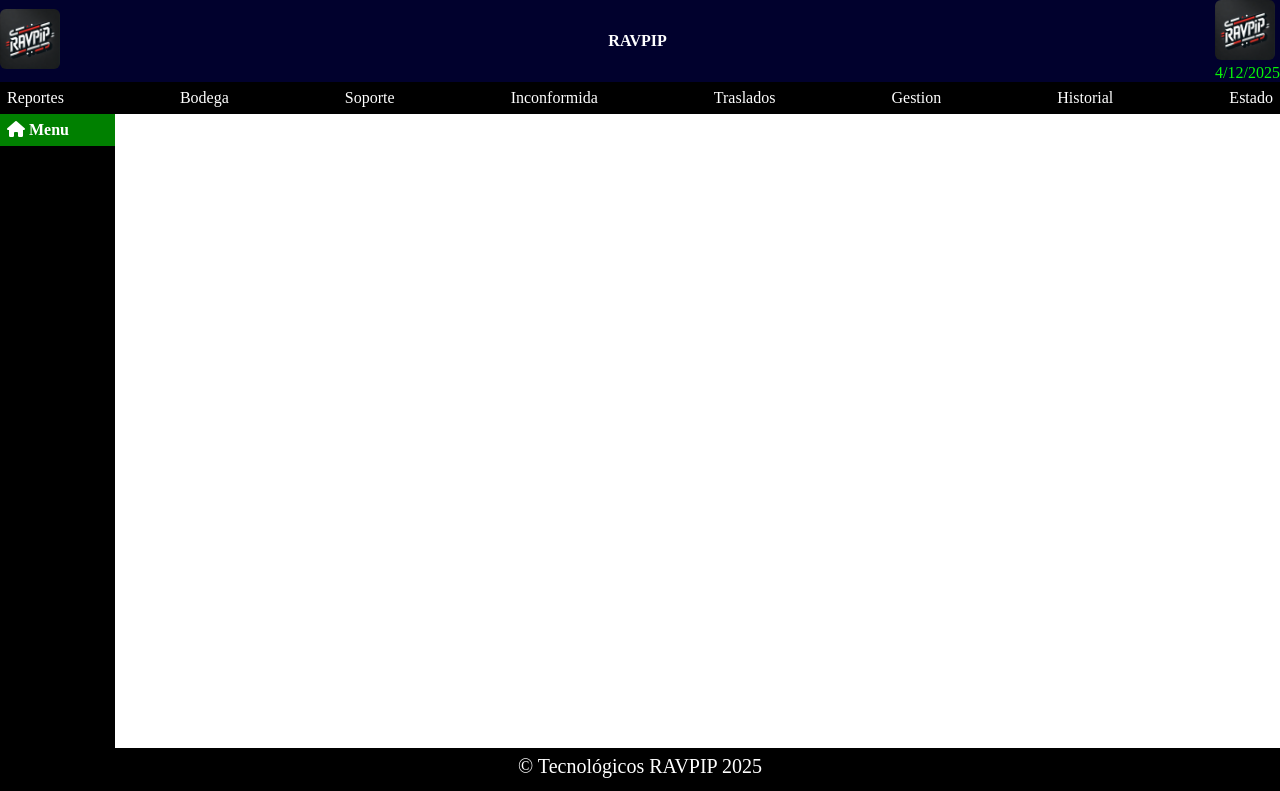
Repository: ye909/RAVPIP
Page: index.html
The author's editor kept a copy of each file at every save. The page is drawn from the files as they stood at one save, then again after the next save.
The browser window is 1280 px wide. The pictures show the whole page.
Some web libraries are served in a nearby version.

Above is the page before, as saved 2025-04-12 15:17:08.

### index.html
<!DOCTYPE html>
<html lang="es">

<head>
    <meta charset="UTF-8">
    <meta name="viewport" content="width=device-width, initial-scale=1.0">
    <title>Estado</title>
    <link rel="stylesheet" href="./src/css/heder.css">
    <script src="https://cdn.jsdelivr.net/npm/sweetalert2@11"></script>
    <script src="https://kit.fontawesome.com/5ca3312b29.js" crossorigin="anonymous"></script>
</head>

<body>
    <div class="containerTituloLogo">
        <div><img src="./src/imagenes/logo2.webp" alt="Logo" class="imglogo"></div>
        <h1>RAVPIP</h1>
        <div><img src="./src/imagenes/logo2.webp" alt="Logo" class="imglogo"> <br><span id="fecha"></span></div>

    </div>

    <nav id="contenedornav">
        <ul id="menu1">

            <li><a href="#" aria-label="Abrir Reportes">Reportes</a></li>
            <li><a href="" aria-label="">Bodega</a></li>
            <li><a href="" aria-label="Soporte">Soporte</a></li>
            <li><a href="" aria-label="Inconformida">Inconformida</a></li>
            <li><a href="#" aria-label="Traslados">Traslados</a></li>
            <li><a href="" aria-label="Gestion">Gestion</a></li>
            <li><a href="#"  aria-label="Abrir Historial" id="historial">Historial</a></li>

            <li><a href="" id="itemEstado" aria-label="Abrir Estado">Estado</a></li>
        </ul>
    </nav>


     <di class="contenedorPrincipal">
        <aside id="barraLateralMenu">
            <h2 class="cajaverde" id="cajaverde"><i class="fa-solid fa-house"></i> Menu</h2>
            <div class="sudmenu" id="sudmenu">
                <div><a href="" id="inventario"> <i class="fa-solid fa-calendar"></i> Inventario</a></div>
                <div><a href="./src/templei/ventasPortatil.html"> <i class="fa-solid fa-tag"></i> Ventas</a></div>
                <div><a href="#" id="alquilerlink"><i class="fa-solid fa-handshake" ></i> Alquiler</a></div>
                <div><a href="#"><i class="fa-solid fa-pen-to-square"></i> Bajas</a></div>
                <div><a href="./src/templei/reparicion.html"><i class="fa-solid fa-desktop"></i> Reparación</a></div>
            </div>
        </aside>
        <section class="centrado" id="centrado">

            <div class="containerProgreso" id="containerProgreso">
                <div>Ventas <br>
                    <p>0</p>
                </div>
                <div>Historia <br>
                    <p>0</p>
                </div>
                <div>Alquiler <br>
                    <p>0</p>
                </div>
                <div>Estado <br>
                    <p>0</p>
                </div>
            </div>


            <div class="container">
                <h1>Alquiler de Equipos</h1>
                <form id="rental-form">
                    <div class="form-group">
                        <div>
                            <label for="producto-id">ID del Producto:</label>
                            <input type="number" id="producto-id">
                            <label for="tipo">Tipo:</label>
                            <select id="tipo">
                                <option value="">Seleccione el producto</option>
                                <option value="CPU">CPU</option>
                                <option value="Monitor">Monitor</option>
                                <option value="Computadora">Computadora</option>
                                <option value="Memoria RAM">Memoria RAM</option>
                                <option value="Almacenamiento">Almacenamiento</option>
                                <option value="Tarjeta Gráfica">Tarjeta Gráfica</option>
                                <option value="Refrigeración">Refrigeración</option>
                                <option value="Fuente de Poder">Fuente de Poder</option>
                                <option value="Placa Madre">Placa Madre</option>
                                <option value="Periférico">Periférico</option>
                                <option value="Gabinete">Gabinete</option>
                            </select>
                            <label for="quantity">Cantidad:</label>
                            <input type="number" id="Cantidad"  />
                        </div>

                        <div>
                            <label for="marca">Marca:</label>
                            <input type="text" id="marca">

                            <label for="modelo">Modelo:</label>
                            <input type="text" id="modelo">
                            <label for="fecha">fecha:</label>
                            <input type="date" id="fecha">
                        </div>
                        <div>
                            <label for="Precio">Precio:</label>
                            <input type="number" id="Precio">
                            <label for="days">Días de alquiler:</label>
                            <input type="number" id="diaPrestamo"  /><br><br>
                            <h3>Total del alquiler: <span id="total">$0</span></h3>
                        </div>
                        <div class="form-group">

                            <div>
                                <label for="detalles">Detalles Adicionales:</label>
                                <textarea name="" id="detalles" cols="70" rows="10" ></textarea>
                            </div>
                        </div>


                    </div>
                    <p id="mensajeFormulario"></p>
                    <button type="submit" >Enviar</button>
                </form>


            </div>




        </section>
    </di>
    <footer>
        <p>&copy;  Tecnológicos RAVPIP 2025</p>
      </footer>

    <script src="./src/js/heder.js"></script>

</body>

</html>

### src/css/heder.css
*{
  margin: 0;
  padding: 0;
  background-attachment: fixed;
  background-size: cover;
  transition:0.6 ;
  box-sizing: border-box;
}


.imglogo {
  object-fit: cover;
  width: 60px;
  height: auto;
  flex-shrink: 0;
  border-radius: 6px;
}

:is(.containerTituloLogo,.containerProgreso,.form-group,ul,.menuHistorial){
  display: flex;
        align-items: center;
        justify-content: space-between;
        /* flex-flow: row; */
        flex-wrap: wrap;
}
.containerTituloLogo{
  background:rgb(1, 1, 45);
  color:white;

}

nav{
width: 100%;
height: auto;

}
ul{
list-style: none;
padding: 20px;
}

a{
  text-decoration: none;
  font-size: 100%;

}
:is(.colormenu,aside,nav){
  background:black;
}
:is(a,aside){
  color:white;

}
.colormenu{
  width: 10%;
}
:is(.containerProgreso,.colormenu,.sudmenu,.sudmenu div,ul,.cajaverde,p){
  padding: 7px;
}
li a:hover{
  color:yellow;
}
:is(.cajaverde){
  background:green;
  font-size: 100%;
}
.containerTituloLogo h1{
  font-size: 100%;
}

.sudmenu{
  visibility: hidden;

  }
  .submenuHistoria{
    display: none;
  }
  .sudmenu div a{
    font-size: 100%;

  }
  .contenedorPrincipal {
    display: flex;
    width: 100%;
    height: 88vh;
  }
  .container{
    visibility: hidden;
  }
  section.centrado {
   width: 80%;
  overflow: hidden;
  }


  aside {
    flex-basis: 9%;
   height: auto;
  }

.cajaverde{

  cursor: pointer;
}

.containerProgreso div{
  border-radius:80%;
   border-left:blue solid 6px;
   border-top:green solid 6px;
   padding: 30px;
   font-size: 20px;
  }

table {
  text-align: center;
font-size: 20px;
width: 100%;
  border-collapse: collapse;
  background-color: #ffffff;
  box-shadow: 0 4px 8px rgba(0,0,0,0.1);
  margin-top: -140px;

  height: auto;
}

thead {

  background-color: #007bff;
  color: white;

}

th {
  padding: 1rem;
  text-align: center;
  border: 1px solid #ddd;
  font-size: 1.3rem;

}
tr{
  border: 1px solid #6b92f4;
}
p{
font-weight: 15px;
  text-align: center;
}
#tablaComponentes,#containerProgreso{
  visibility: hidden;
}



/* alquiler */



.container {
  background: white;
  padding: 25px;
  border-radius: 10px;
  width: 90%;
  flex-grow: 1;
  margin: auto;
  margin-left: 70px;
  margin-top: -100px;
  box-shadow: 0px 0px 10px 20px rgba(0, 0, 0, 0.1);
}

h1 {
  text-align: center;

}

.form-group {
  margin-bottom: 15px;
}

label {
  display: block;
  font-weight: bold;
 font-size: 20px;
 padding: 5px;
}
form{
  width: 100%;
  padding: 10px;
}
input, select {
  width: 300px;
  padding: 8px;
  border: 1px solid #ccc;
  border-radius: 5px;
  margin-top: 5px;
}
:focus{
  outline:1px #0056b3 solid;
}


button {
  width: 100%;
  padding: 10px;
  background-color: #007bff;
  color: white;
  border: none;
  font-size: 16px;
  cursor: pointer;
  border-radius: 5px;
}

button:hover {
  background-color: #0056b3;
}

.result {
  text-align: center;
  margin-top: 20px;
  font-size: 18px;
  color: #444;
}
 footer {
  width: 100%;
  display: grid;
  grid-template-rows: auto 1fr auto;
  height: 6vh;
  text-align: center;
  background-color:black;
  color: #fff;
 font-size: 20px;

}

### src/js/heder.js
 const fechaheder = document.getElementById("fecha")
const fecha= new Date()
const fechatotal=fecha.toLocaleDateString()
fechaheder.innerText=fechatotal
fechaheder.style.color="rgb(7, 247, 7)"

document.addEventListener("DOMContentLoaded", () => {
    fetch("/src/js/datos.json")
      .then(response => {
        if (!response.ok) {
          throw new Error(`Error al cargar el archivo JSON: ${response.status}`);
        }
        return response.json();
      })
      .then(data => {
        // Verificar si el contenedor "centrado" existe
        const centrado = document.getElementById("centrado");
        if (!centrado) {
          throw new Error("El contenedor #centrado no existe en el DOM.");
        }

        // Crear una sola tabla
        const tablaComputador = document.createElement("table");
        tablaComputador.setAttribute("id", "tablaComponentes");
        tablaComputador.classList.add("tablaComponentes");

        // Crear el encabezado de la tabla
        tablaComputador.innerHTML = `
          <thead>
            <tr>
              <th>Id</th>
              <th>Producto</th>
              <th>Precio</th>
              <th>Imagen</th>
            </tr>
          </thead>
          <tbody></tbody>
        `;

        // Agregar la tabla al contenedor
        centrado.appendChild(tablaComputador);

        // Obtener el cuerpo de la tabla
        const tbody = tablaComputador.querySelector("tbody");

        // Iterar sobre los datos y agregar filas al tbody
        data.forEach((item, index) => {
          const row = document.createElement("tr");
          row.innerHTML = `
            <td>${index + 1}</td>
            <td>${item.name}</td>
            <td>$${item.price}</td>
            <td><img src="${item.image}" alt="${item.name}" style="max-width: 100px;"></td>
          `;
          tbody.appendChild(row); // Agregar la fila al tbody
        });
      })
      .catch(error => {
        console.error("Error:", error);
      });
  });
const cajaverde = document.getElementById("cajaverde");
const inventario = document.getElementById("inventario");
const itemEstado = document.getElementById("itemEstado");
const containerformulario= document.querySelector(".container")

cajaverde.addEventListener("click", () => {
  const sudmenu = document.getElementById("sudmenu");
  sudmenu.style.visibility = "visible";
  cajaverde.remove();
});
inventario.addEventListener("click", (e) => {
  e.preventDefault();
  const tablaComponentes = document.getElementById("tablaComponentes");
  tablaComponentes.style.visibility = "visible";
});
itemEstado.addEventListener("click", (e) => {
  e.preventDefault();
  const containerProgreso = document.getElementById("containerProgreso");
  containerProgreso.style.visibility = "visible";
});

// alquiler formulario
document.getElementById("alquilerlink").addEventListener("click",productoAlquiler)

function productoAlquiler() {

  containerformulario.style.visibility = "visible";
}

document.getElementById("rental-form").addEventListener("submit",productoFormulario)

function productoFormulario(event) {
  event.preventDefault()
  // localStorage.setItem("","")
  const mensajeFormulario = document.getElementById("mensajeFormulario")
  const productoid = document.getElementById("producto-id").value
const tipo = document.getElementById("tipo").value
   const marca = document.getElementById("marca").value
   const modelo = document.getElementById("modelo").value
   const fecha = document.getElementById("fecha").value
   const Precio = document.getElementById("Precio").value
   const Cantidad = document.getElementById("Cantidad").value
   const diaPrestamo = document.getElementById("diaPrestamo").value
   const detalles = document.getElementById("detalles")

if (productoid && tipo && marca && modelo && fecha && Precio && Cantidad && diaPrestamo && detalles) {
  console.log("listo")
   containerformulario.style.visibility = "hidden";
   Swal.fire({
    title: "En hora buena  prestamo realizado",
    icon: "success",
    draggable: true
  });

}else{
  mensajeFormulario.textContent="Lo sentimo hay campos vacios"
 mensajeFormulario.style.fontSize="20px"
 mensajeFormulario.style.color="red"
 mensajeFormulario.style.textAlign="center"
setTimeout(()=>{
  mensajeFormulario.innerText=""
},2500)
}
// esta informacion debe almacenar
console.log(productoid,tipo,marca,modelo,fecha,Precio , Cantidad ,diaPrestamo,detalles)
}


const contenedornav = document.getElementById("contenedornav")
const menu1 = document.getElementById("menu1")

document.getElementById("historial").addEventListener("click",hitorialAlquiler)

function hitorialAlquiler() {
   menu1.style.display="none"
  const menu2 = document.createElement("menu2")
  menu2.classList.add("menuHistorial")
  menu2.innerHTML=`
  <li><a href="">Historial Ventas</a></li>
  <li><a href="./src/templei/historiaAlquiler.html">Historial Alquiler</a></li>
    <li><a href="">Historial Reparación</a></li>
     <li><a href="">Historial Bajas</a></li
  `
  contenedornav.appendChild(menu2)
console.log(contenedornav)

}
/*
 */

### src/js/datos.json

[
  { "id": 1,
  "name": "CPU Intel i5",
   "price": 850000,
   "image": "https://via.placeholder.com/200x150?text=CPU+Intel+i5" },
  { "id": 2, "name": "CPU AMD Ryzen 5", "price": 950000, "image": "https://via.placeholder.com/200x150?text=Ryzen+5" },
  { "id": 3, "name": "Mouse Logitech", "price": 70000, "image": "https://via.placeholder.com/200x150?text=Mouse" },
  { "id": 4, "name": "Teclado Mecánico", "price": 120000, "image": "https://via.placeholder.com/200x150?text=Teclado" },
  { "id": 5, "name": "Monitor 24\"", "price": 600000, "image": "https://via.placeholder.com/200x150?text=Monitor" },
  { "id": 6, "name": "Disco SSD 480GB", "price": 220000, "image": "https://via.placeholder.com/200x150?text=SSD" },
  { "id": 7, "name": "Disco HDD 1TB", "price": 180000, "image": "https://via.placeholder.com/200x150?text=HDD" },
  { "id": 8, "name": "Tarjeta de Video GTX 1660", "price": 1350000, "image": "https://via.placeholder.com/200x150?text=GPU" },
  { "id": 9, "name": "Memoria RAM 8GB", "price": 140000, "image": "https://via.placeholder.com/200x150?text=RAM+8GB" },
  { "id": 10, "name": "Gabinete Gamer", "price": 250000, "image": "https://via.placeholder.com/200x150?text=Gabinete" },
  { "id": 11, "name": "Fuente de poder 600W", "price": 180000, "image": "https://via.placeholder.com/200x150?text=PSU+600W" },
  { "id": 12, "name": "Mousepad XL", "price": 40000, "image": "https://via.placeholder.com/200x150?text=Mousepad" },
  { "id": 13, "name": "Cooler para CPU", "price": 85000, "image": "https://via.placeholder.com/200x150?text=Cooler" },
  { "id": 14, "name": "Cámara Web HD", "price": 90000, "image": "https://via.placeholder.com/200x150?text=Webcam" },
  { "id": 15, "name": "Audífonos Gamer", "price": 110000, "image": "https://via.placeholder.com/200x150?text=Headset" },
  { "id": 16, "name": "Tarjeta madre Intel", "price": 480000, "image": "https://via.placeholder.com/200x150?text=Motherboard" },
  { "id": 17, "name": "Tarjeta madre AMD", "price": 500000, "image": "https://via.placeholder.com/200x150?text=Motherboard+AMD" },
  { "id": 18, "name": "Router Wi-Fi", "price": 130000, "image": "https://via.placeholder.com/200x150?text=Router" },
  { "id": 19, "name": "Impresora multifuncional", "price": 600000, "image": "https://via.placeholder.com/200x150?text=Impresora" },
  { "id": 20, "name": "USB 64GB", "price": 45000, "image": "https://via.placeholder.com/200x150?text=USB+64GB" },
  { "id": 21, "name": "Disco Externo 2TB", "price": 370000, "image": "https://via.placeholder.com/200x150?text=Disco+Externo" },
  { "id": 22, "name": "Switch de red", "price": 160000, "image": "https://via.placeholder.com/200x150?text=Switch" },
  { "id": 23, "name": "Cable HDMI", "price": 25000, "image": "https://via.placeholder.com/200x150?text=HDMI" },
  { "id": 24, "name": "Cable SATA", "price": 15000, "image": "https://via.placeholder.com/200x150?text=SATA" },
  { "id": 25, "name": "Antena Wi-Fi USB", "price": 30000, "image": "https://via.placeholder.com/200x150?text=Antena+WiFi" },
  { "id": 26, "name": "Adaptador USB-C", "price": 20000, "image": "https://via.placeholder.com/200x150?text=USB-C" },
  { "id": 27, "name": "Soporte Monitor", "price": 60000, "image": "https://via.placeholder.com/200x150?text=Soporte" },
  { "id": 28, "name": "Lector de tarjetas", "price": 28000, "image": "https://via.placeholder.com/200x150?text=Lector" },
  { "id": 29, "name": "Batería portátil", "price": 85000, "image": "https://via.placeholder.com/200x150?text=Power+Bank" },
  { "id": 30, "name": "Hub USB 4 Puertos", "price": 55000, "image": "https://via.placeholder.com/200x150?text=USB+Hub" }
]

After the next save:
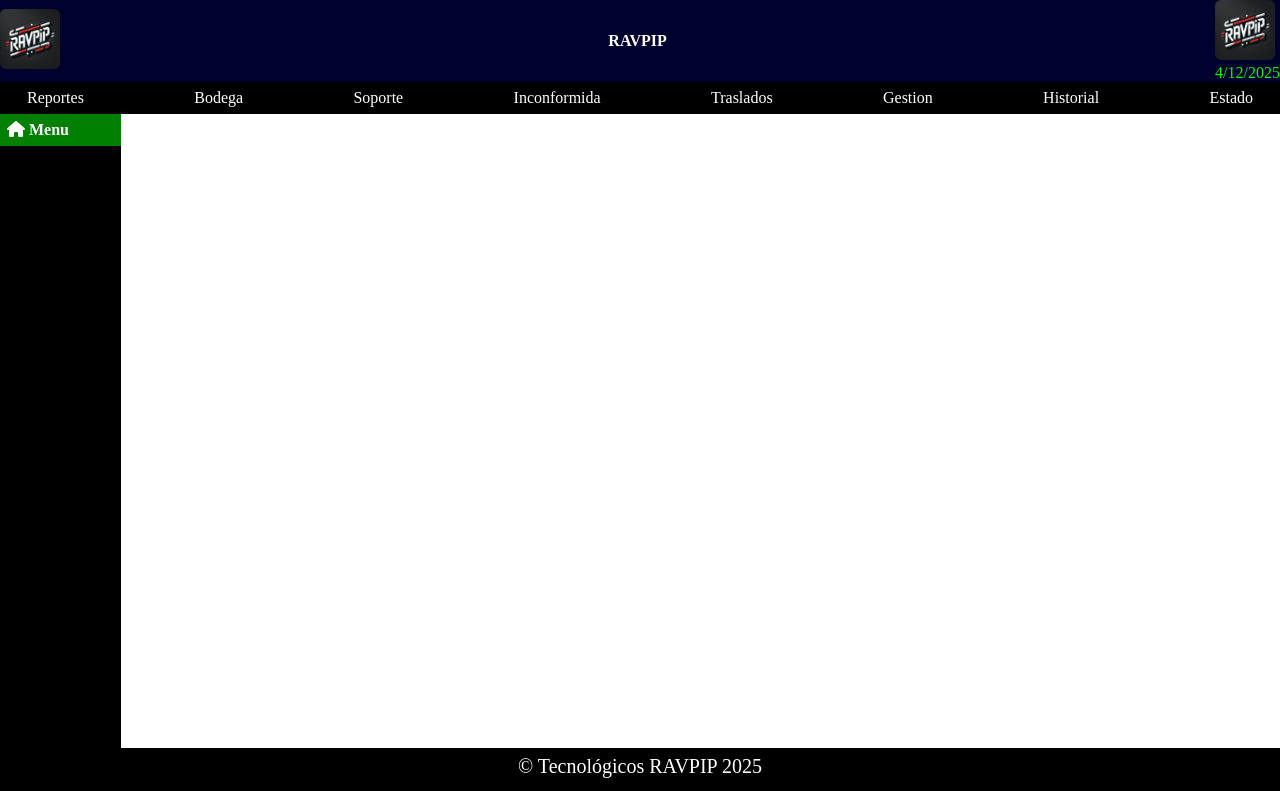
Saved 21 s later.
--- a/src/css/heder.css
+++ b/src/css/heder.css
@@ -36,13 +36,13 @@ height: auto;
 }
 ul{
 list-style: none;
-padding: 20px;
+
 }
 
 a{
   text-decoration: none;
   font-size: 100%;
-
+  padding: 20px;
 }
 :is(.colormenu,aside,nav){
   background:black;

After the save that followed:
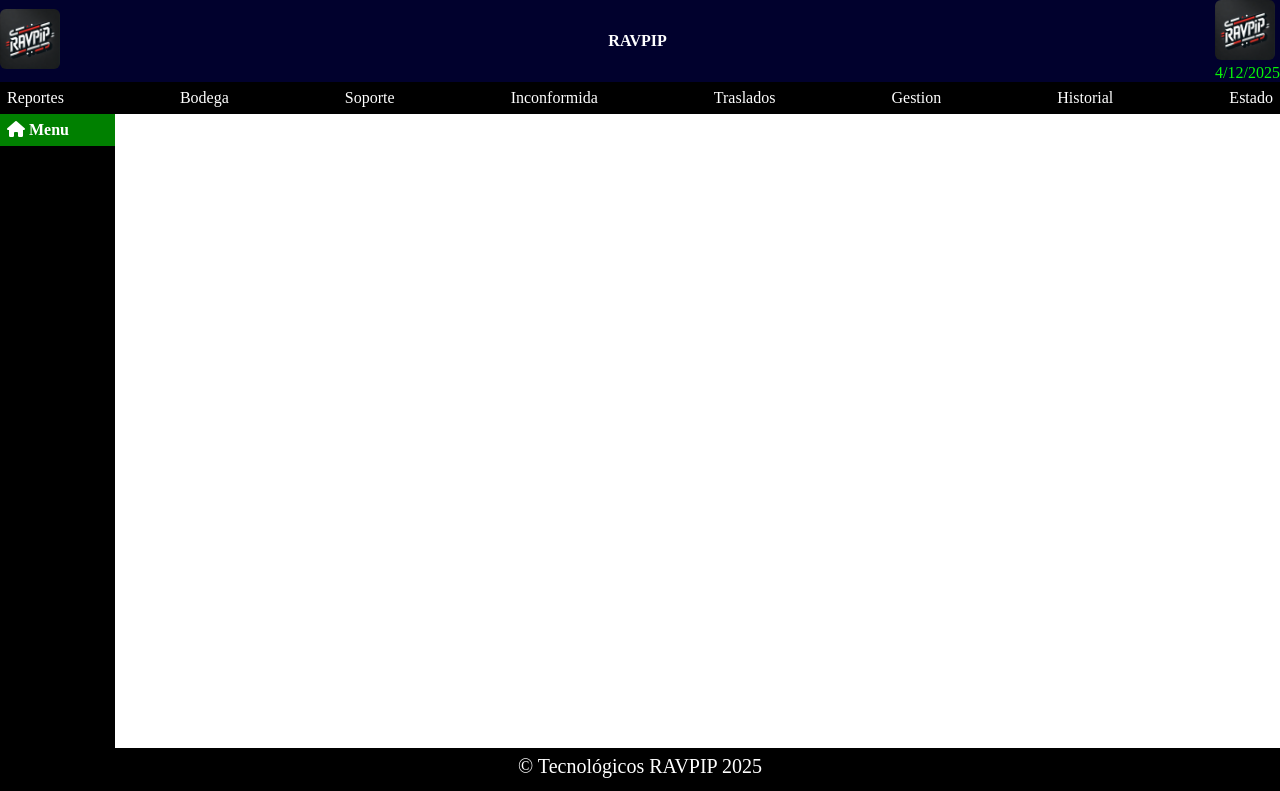
Saved 11 s later.
--- a/src/css/heder.css
+++ b/src/css/heder.css
@@ -42,7 +42,7 @@ list-style: none;
 a{
   text-decoration: none;
   font-size: 100%;
-  padding: 20px;
+
 }
 :is(.colormenu,aside,nav){
   background:black;
